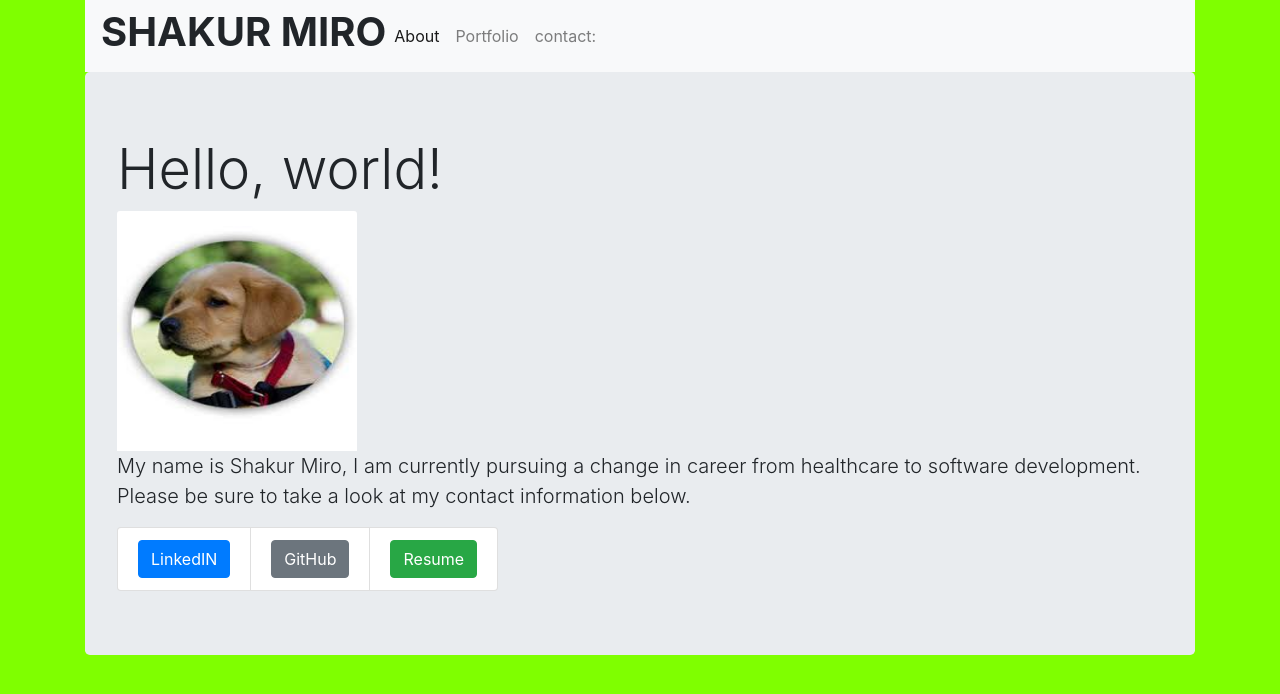
Repository: smiro35/myPortfolio
Page: index.html
An editor plug-in stored every save of this project. The page is shown before and after the next save, followed by the edit.
The browser window is 1280 px wide. The pictures show the whole page.

Above is the page before, as saved 2020-01-31 05:54:51.

After the next save:
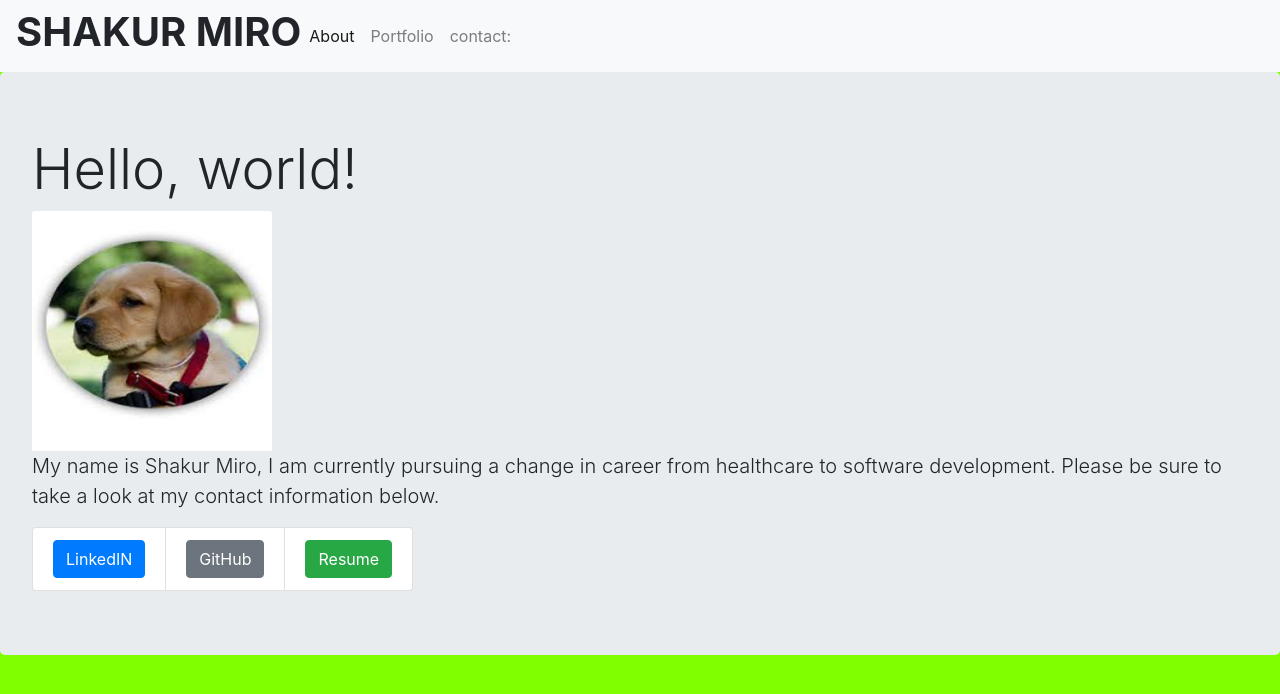
Saved 51 s later.
--- a/index.html
+++ b/index.html
@@ -17,7 +17,7 @@
 
 
     <!-- my general container starts here -->
-    <div class="container">
+    <div class="fluid-container">
 
         <nav>
             <nav class="navbar navbar-expand-lg navbar-light bg-light">
